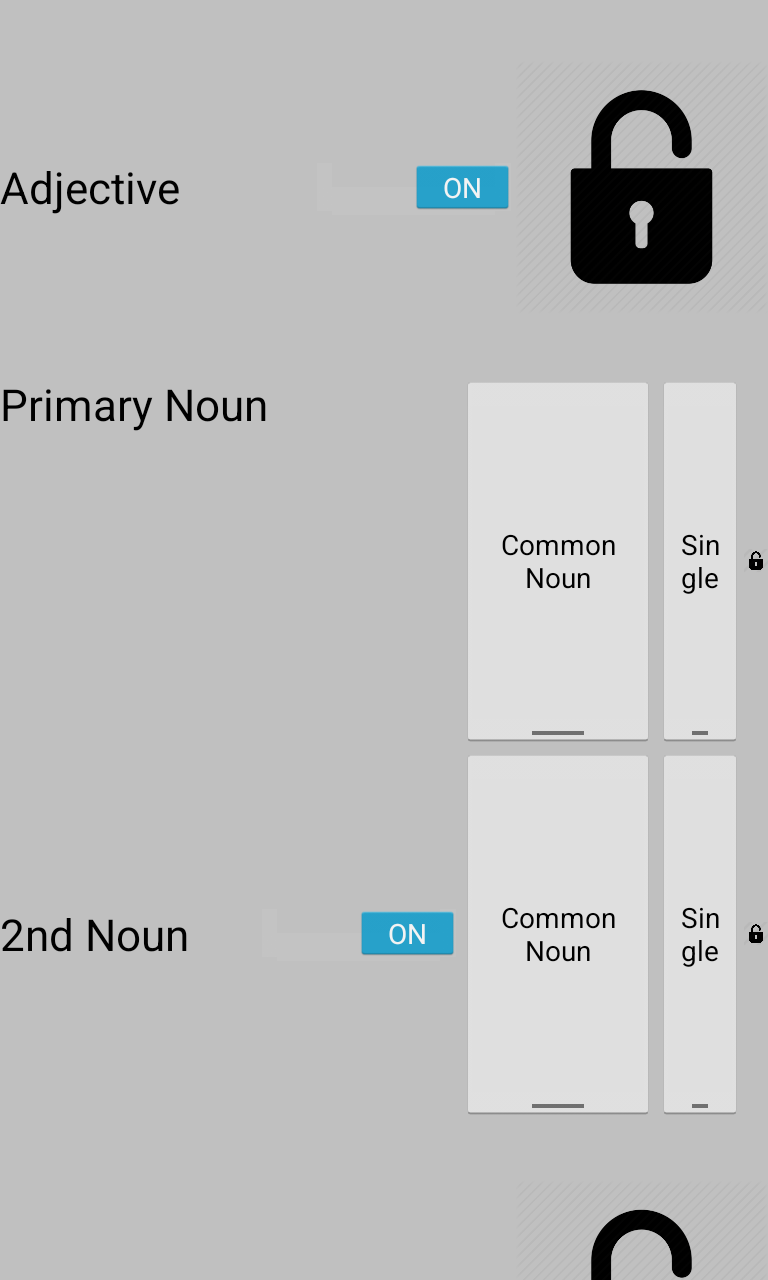
Repository: TheDizzler/TableTopTools
Layout: RPGTools/res/layout/fragment_cause_controls.xml
The author's editor kept a copy of each file at every save. The layout is drawn from the files as they stood at one save, then again after the next save.
It is drawn on a 768 x 1280 px phone screen (xhdpi) without system bars, with theme AppTheme; the app's code is not run.

Above is the layout before, as saved 2017-03-22 09:05:59.

### RPGTools/res/layout/fragment_cause_controls.xml
<?xml version="1.0" encoding="utf-8"?>
<TableLayout xmlns:android="http://schemas.android.com/apk/res/android"
    android:layout_width="match_parent"
    android:layout_height="match_parent"
    android:background="#C0C0C0"
    android:measureWithLargestChild="true"
    android:orientation="vertical"
    android:showDividers="beginning"
    android:weightSum="6" >

    <TableRow
        android:id="@+id/tableRow1_cause"
        android:layout_width="match_parent"
        android:layout_height="wrap_content"
        android:layout_weight="1"
        android:orientation="horizontal"
        android:showDividers="end"
        android:weightSum="4" >

        <TextView
            android:id="@+id/textView1"
            android:layout_width="wrap_content"
            android:layout_weight="1"
            android:text="Conjunction"
            android:textAppearance="?android:attr/textAppearanceLarge" />

        <Spinner
            android:id="@+id/spinner_Conjunctions"
            android:layout_width="wrap_content"
            android:layout_height="match_parent"
            android:layout_weight="1" />

        <ImageView
            android:id="@+id/lockBtn_conj"
            android:layout_width="32dp"
            android:layout_height="match_parent"
            android:layout_weight="1"
            android:src="@drawable/unlocked" />

        <Spinner>
        </Spinner>
    </TableRow>

    <TableRow
        android:id="@+id/tableRow2"
        android:layout_width="match_parent"
        android:layout_height="wrap_content"
        android:layout_weight="1"
        android:weightSum="2" >

        <Switch
            android:id="@+id/switch_primaryAdjective"
            android:layout_width="wrap_content"
            android:layout_height="match_parent"
            android:layout_weight="1"
            android:checked="true"
            android:text="Adjective"
            android:textAppearance="?android:attr/textAppearanceLarge" />

        <ImageView
            android:id="@+id/lockBtn_primaryAdj"
            android:layout_width="32dp"
            android:layout_height="match_parent"
            android:layout_weight="1"
            android:src="@drawable/unlocked" />
    </TableRow>

    <TableRow
        android:id="@+id/tableRow3"
        android:layout_width="match_parent"
        android:layout_height="wrap_content"
        android:layout_weight="1"
        android:weightSum="4" >

        <TextView
            android:id="@+id/textView3"
            android:layout_width="wrap_content"
            android:layout_height="match_parent"
            android:layout_weight="1"
            android:text="Primary Noun"
            android:textAppearance="?android:attr/textAppearanceLarge" />

        <ToggleButton
            android:id="@+id/toggleBtn_primaryNounProper"
            android:layout_width="wrap_content"
            android:layout_height="match_parent"
            android:layout_weight="1"
            android:textOff="Common Noun"
            android:textOn="Proper Noun" />

        <ToggleButton
            android:id="@+id/toggleBtn_primaryNounPlural"
            android:layout_width="wrap_content"
            android:layout_height="match_parent"
            android:layout_weight="1"
            android:textOff="Single"
            android:textOn="Plural" />

        <ImageView
            android:id="@+id/lockBtn_primaryNoun"
            android:layout_width="32dp"
            android:layout_height="match_parent"
            android:layout_weight="1"
            android:src="@drawable/unlocked" />
    </TableRow>

    <TableRow
        android:id="@+id/tableRow4"
        android:layout_width="match_parent"
        android:layout_height="wrap_content"
        android:layout_weight="1"
        android:weightSum="4" >

        <Switch
            android:id="@+id/switch_secondaryNoun"
            android:layout_width="wrap_content"
            android:layout_height="match_parent"
            android:layout_weight="1"
            android:checked="true"
            android:text="2nd Noun"
            android:textAppearance="?android:attr/textAppearanceLarge" />

        <ToggleButton
            android:id="@+id/toggleBtn_secondaryNounProper"
            android:layout_width="wrap_content"
            android:layout_height="match_parent"
            android:layout_weight="1"
            android:textOff="Common Noun"
            android:textOn="Proper Noun" />

        <ToggleButton
            android:id="@+id/toggleBtn_secondaryNounPlural"
            android:layout_width="wrap_content"
            android:layout_height="match_parent"
            android:layout_weight="1"
            android:textOff="Single"
            android:textOn="Plural" />

        <ImageView
            android:id="@+id/lockBtn_secondaryNoun"
            android:layout_width="32dp"
            android:layout_height="match_parent"
            android:layout_weight="1"
            android:src="@drawable/unlocked" />
    </TableRow>

    <TableRow
        android:id="@+id/tableRow5"
        android:layout_width="match_parent"
        android:layout_height="wrap_content"
        android:layout_weight="1"
        android:weightSum="2" >

        <Switch
            android:id="@+id/switch_secondaryAdjective"
            android:layout_width="wrap_content"
            android:layout_height="match_parent"
            android:layout_weight="1"
            android:checked="true"
            android:text="2nd Adjective"
            android:textAppearance="?android:attr/textAppearanceLarge" />

        <ImageView
            android:id="@+id/lockBtn_secondaryAdjective"
            android:layout_width="32dp"
            android:layout_height="match_parent"
            android:layout_weight="1"
            android:src="@drawable/unlocked" />
    </TableRow>

    <TableRow
        android:id="@+id/tableRow6"
        android:layout_width="match_parent"
        android:layout_height="wrap_content"
        android:layout_weight="1"
        android:weightSum="2" >

        <TextView
            android:id="@+id/textView_causeVerb"
            android:layout_width="wrap_content"
            android:layout_height="match_parent"
            android:text="Verb"
            android:textAppearance="?android:attr/textAppearanceLarge" />

        <ImageView
            android:id="@+id/lockBtn_causeVerb"
            android:layout_width="32dp"
            android:layout_height="match_parent"
            android:layout_weight="1"
            android:src="@drawable/unlocked" />
    </TableRow>

</TableLayout>

Loaded but not shown: RPGTools/res/values/styles.xml (common file); RPGTools/res/values-v11/styles.xml (common file); RPGTools/res/values-v14/styles.xml (common file)

After the next save:
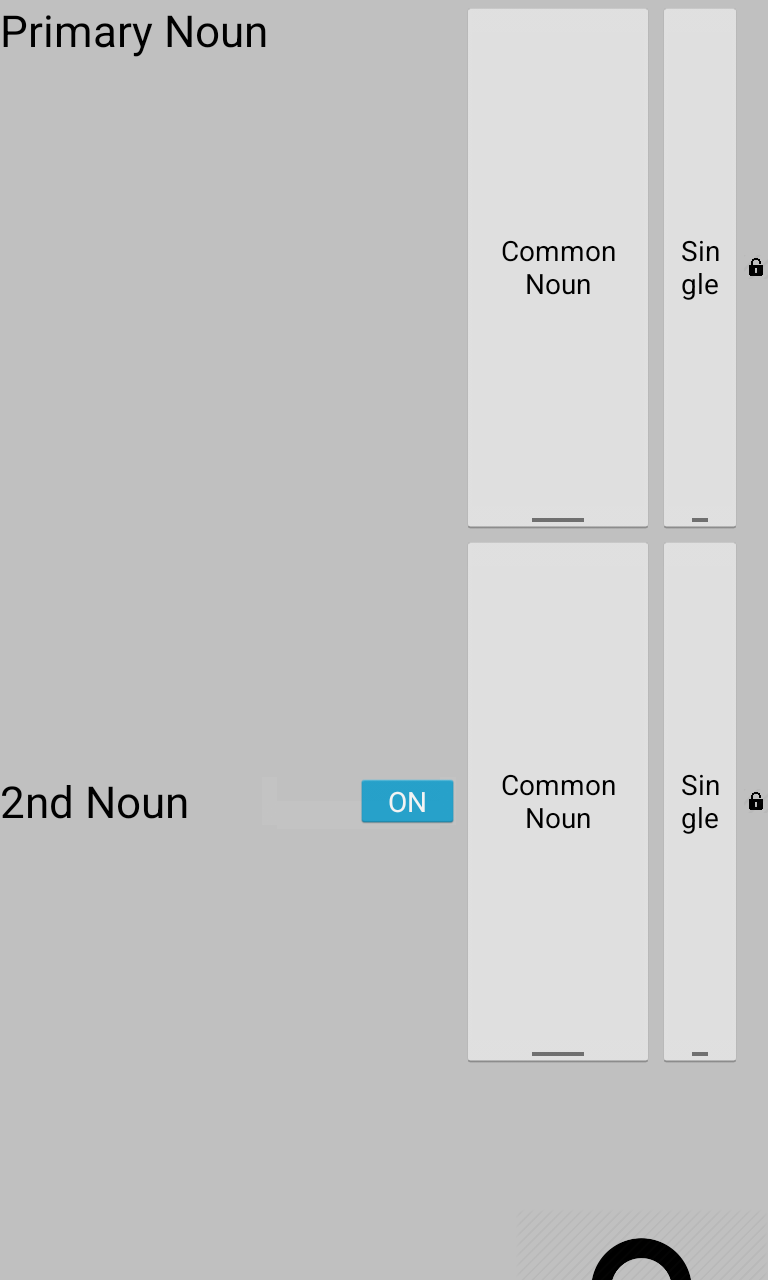
Saved 112 s later.
--- a/RPGTools/res/layout/fragment_cause_controls.xml
+++ b/RPGTools/res/layout/fragment_cause_controls.xml
@@ -36,9 +36,6 @@
             android:layout_height="match_parent"
             android:layout_weight="1"
             android:src="@drawable/unlocked" />
-
-        <Spinner>
-        </Spinner>
     </TableRow>
 
     <TableRow
@@ -56,6 +53,11 @@
             android:checked="true"
             android:text="Adjective"
             android:textAppearance="?android:attr/textAppearanceLarge" />
+
+        <Spinner
+            android:id="@+id/spinner1"
+            android:layout_width="wrap_content"
+            android:layout_height="wrap_content" />
 
         <ImageView
             android:id="@+id/lockBtn_primaryAdj"
